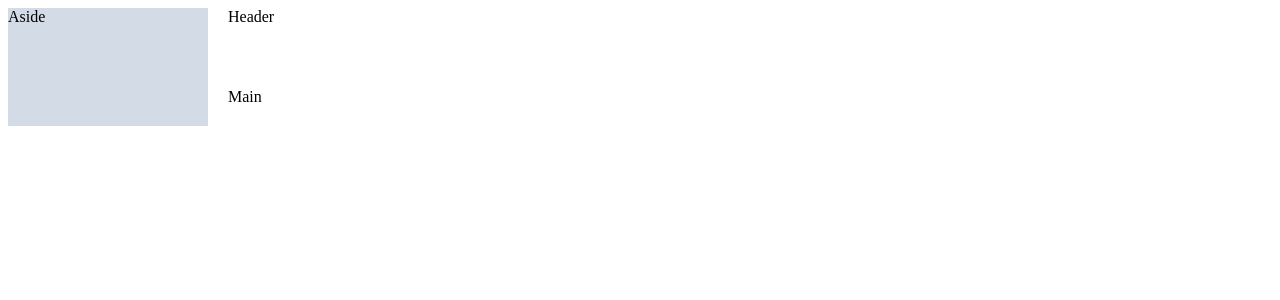
Repository: Azhaihh/toutiao-publish-admin
Page: /
An editor plug-in stored every save of this project. The page is shown before and after the next save, followed by the edit.
The browser window is 1280 px wide. The pictures show the whole page.
The project was rebuilt for these pictures with package versions that can differ from the ones it lists, and the page was loaded fresh each time. Also part of the build but not shown: src/styles/index.less, src/views/home/index.vue.

Above is the page before, as saved 2020-12-14 15:36:21.

### public/index.html
<!DOCTYPE html>
<html lang="en">
  <head>
    <meta charset="utf-8">
    <meta http-equiv="X-UA-Compatible" content="IE=edge">
    <meta name="viewport" content="width=device-width,initial-scale=1.0">
    <link rel="icon" href="<%= BASE_URL %>favicon.ico">
    <title><%= htmlWebpackPlugin.options.title %></title>
  </head>
  <body>
    <noscript>
      <strong>We're sorry but <%= htmlWebpackPlugin.options.title %> doesn't work properly without JavaScript enabled. Please enable it to continue.</strong>
    </noscript>
    <!-- 单页面的入口节点，最终所有组件都会渲染到这里 -->
    <div id="app"></div>
    <!-- built files will be auto injected -->
  </body>
</html>

### src/main.js
import Vue from 'vue'
import App from './App.vue'
import router from './router'

// 引入Element-ui
import ElementUI from 'element-ui'
import 'element-ui/lib/theme-chalk/index.css'

// 导入全局样式文件
import './styles/index.less'

Vue.use(ElementUI)

Vue.config.productionTip = false

// 创建 Vue 根实例
// 把 router 配置至根实例中
// 通过 render 方法把 APP 根组件渲染到 #app 入口节点（位于public文件夹下的index.html文件）
new Vue({
  router,
  render: h => h(App)
}).$mount('#app')

### src/App.vue
<template>
  <div id="app">
    <!-- 路由出口 -->
    <router-view/>
  </div>
</template>

<script>
export default {
  name: 'APP'
}
</script>

<style lang="less">

</style>

### src/router/index.js
import Vue from 'vue'
import VueRouter from 'vue-router'

const Login = () => import('../views/login/index.vue')
const Home = () => import('../views/home/index.vue')
const Layout = () => import('../views/layout/index.vue')

Vue.use(VueRouter)

const routes = [
  {
    path: '/login',
    name: 'login',
    component: Login
  },
  {
    path: '/',
    // name: 'layout',
    // 因为此路由有下面的默认子路由，这里取名没有意义，如果写会报警告
    component: Layout,
    children: [
      {
        // path为空，会作为默认子路由渲染
        path: '',
        name: 'home',
        component: Home
      }
    ]
  }
]

const router = new VueRouter({
  routes
})

export default router

### src/views/layout/index.vue
<template>
  <el-container>
    <el-aside
    class="layoutAside"
    width="200px">
      Aside
    </el-aside>
    <el-container>
      <el-header class="">Header</el-header>
      <el-main>Main</el-main>
    </el-container>
  </el-container>
</template>

<script>
export default {
  name: 'LayoutIndex',
  data () {
    return {}
  }
}
</script>

<style lang="less">
.layoutAside {
  background-color: #d3dce6;
}

.header {
  background-color: #b3c0d1;
}
</style>

After the next save:
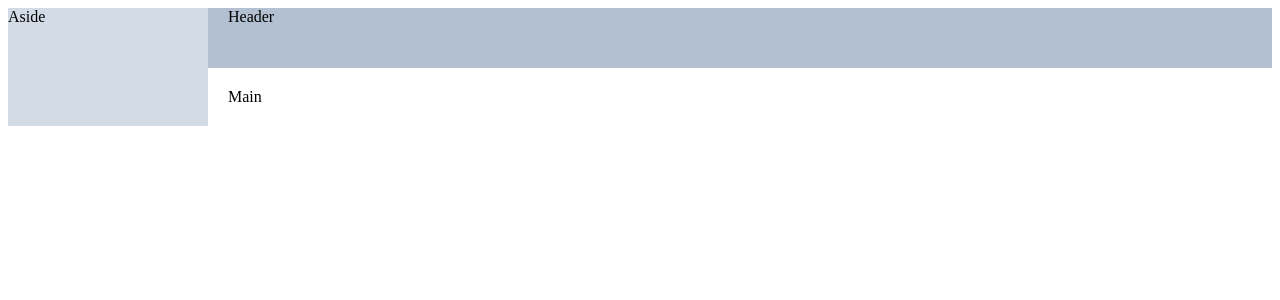
Saved 4 s later.
--- a/src/views/layout/index.vue
+++ b/src/views/layout/index.vue
@@ -6,7 +6,7 @@
       Aside
     </el-aside>
     <el-container>
-      <el-header class="">Header</el-header>
+      <el-header class="header">Header</el-header>
       <el-main>Main</el-main>
     </el-container>
   </el-container>

After the save that followed:
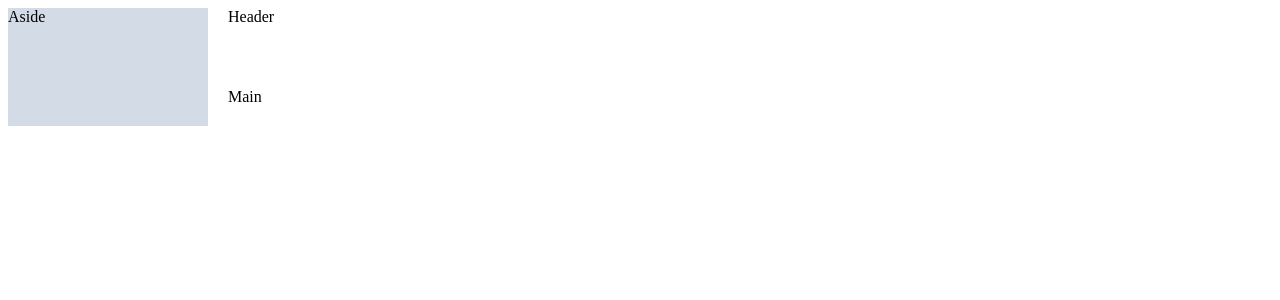
Saved 10 s later.
--- a/src/views/layout/index.vue
+++ b/src/views/layout/index.vue
@@ -6,7 +6,7 @@
       Aside
     </el-aside>
     <el-container>
-      <el-header class="header">Header</el-header>
+      <el-header class="headerAside">Header</el-header>
       <el-main>Main</el-main>
     </el-container>
   </el-container>
